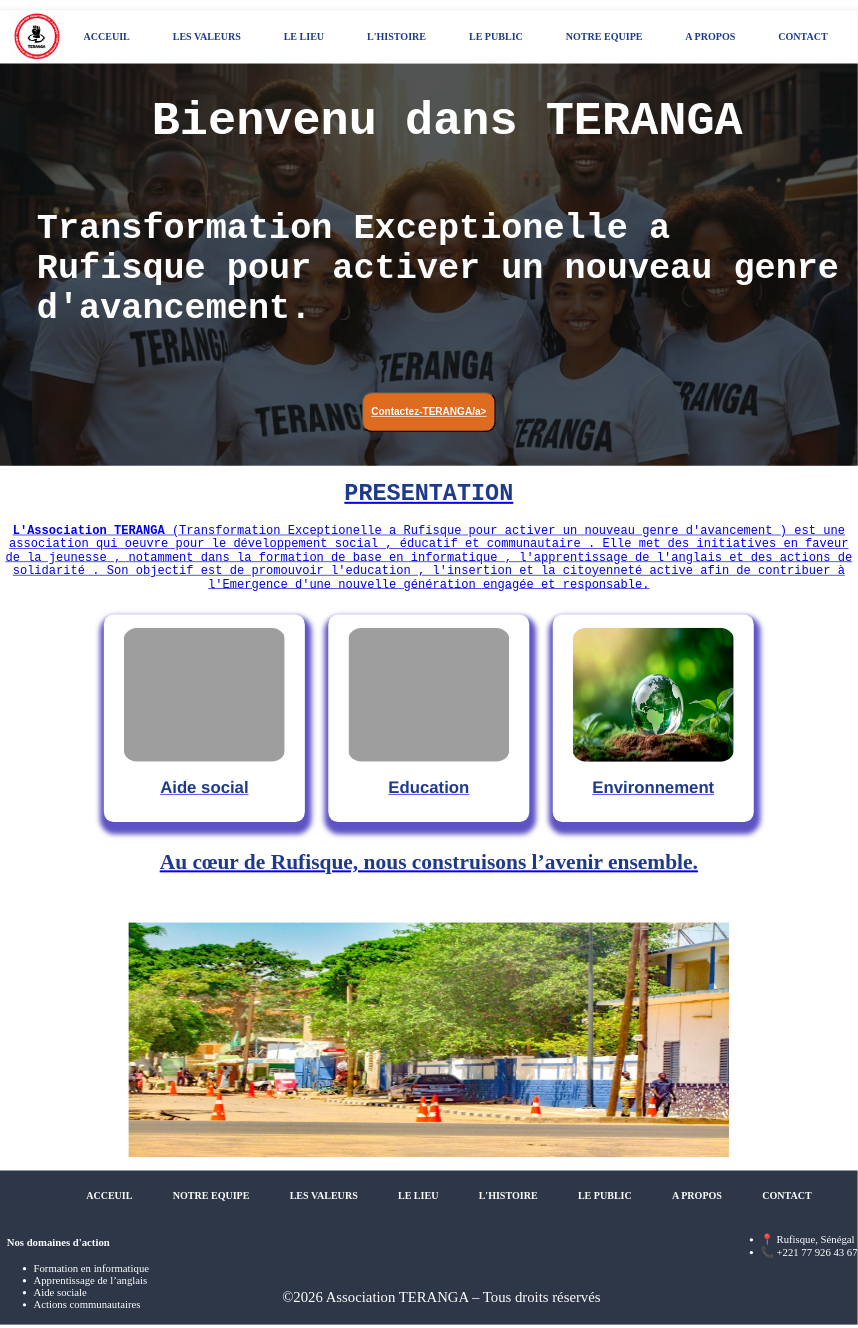
Repository: assanendao171/projet-teranga
Page: acceuil.html
The author's editor kept a copy of each file at every save. The page is drawn from the files as they stood at one save, then again after the next save.
The browser window is 1280 px wide. The pictures show the whole page, at 67% of full size.
Pictures or frames that could not be fetched are drawn as grey boxes.

Above is the page before, as saved 2026-02-12 09:54:55.

After the next save:
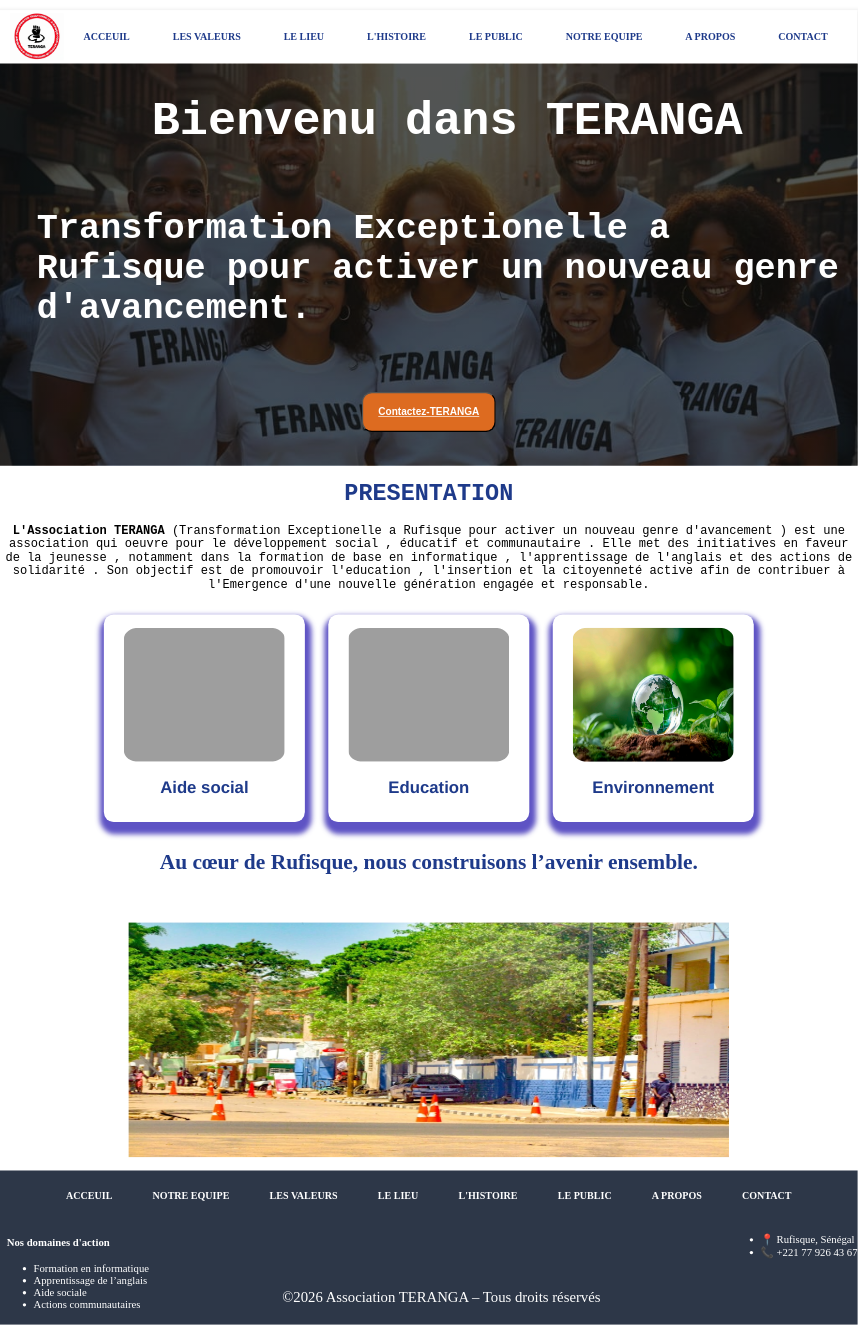
Saved 53 s later.
--- a/acceuil.html
+++ b/acceuil.html
@@ -37,7 +37,7 @@
       <!-- btn-hero -->
       <div class="btn">
         <button class="btn-hero">
-          <a href="contact.html" target="_blank">Contactez-TERANGA/a>
+          <a href="contact.html" target="_blank">Contactez-TERANGA</a>
         </button>
       </div>
     </div>
